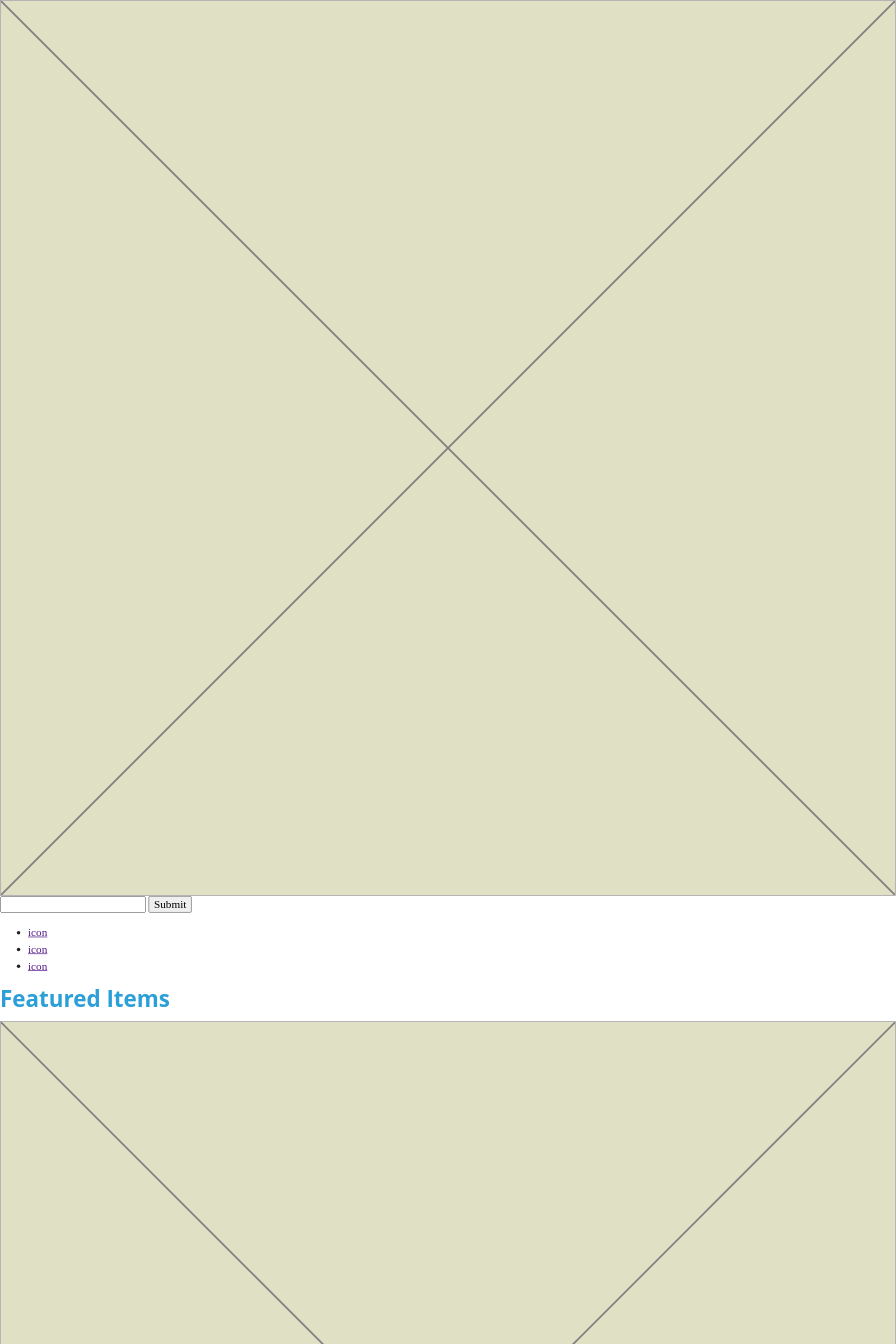
Repository: AdrianTejada/Lab03-Project-1
Page: index.html
The author's editor kept a copy of each file at every save. The page is drawn from the files as they stood at one save, then again after the next save.
The browser window is 1280 px wide. The pictures show the part of the page from y = 0 to 1920 px (the page is 19473 px tall before and 18641 px after), at 70% of full size.

Above is the page before, as saved 2021-01-26 16:42:05.

After the next save:
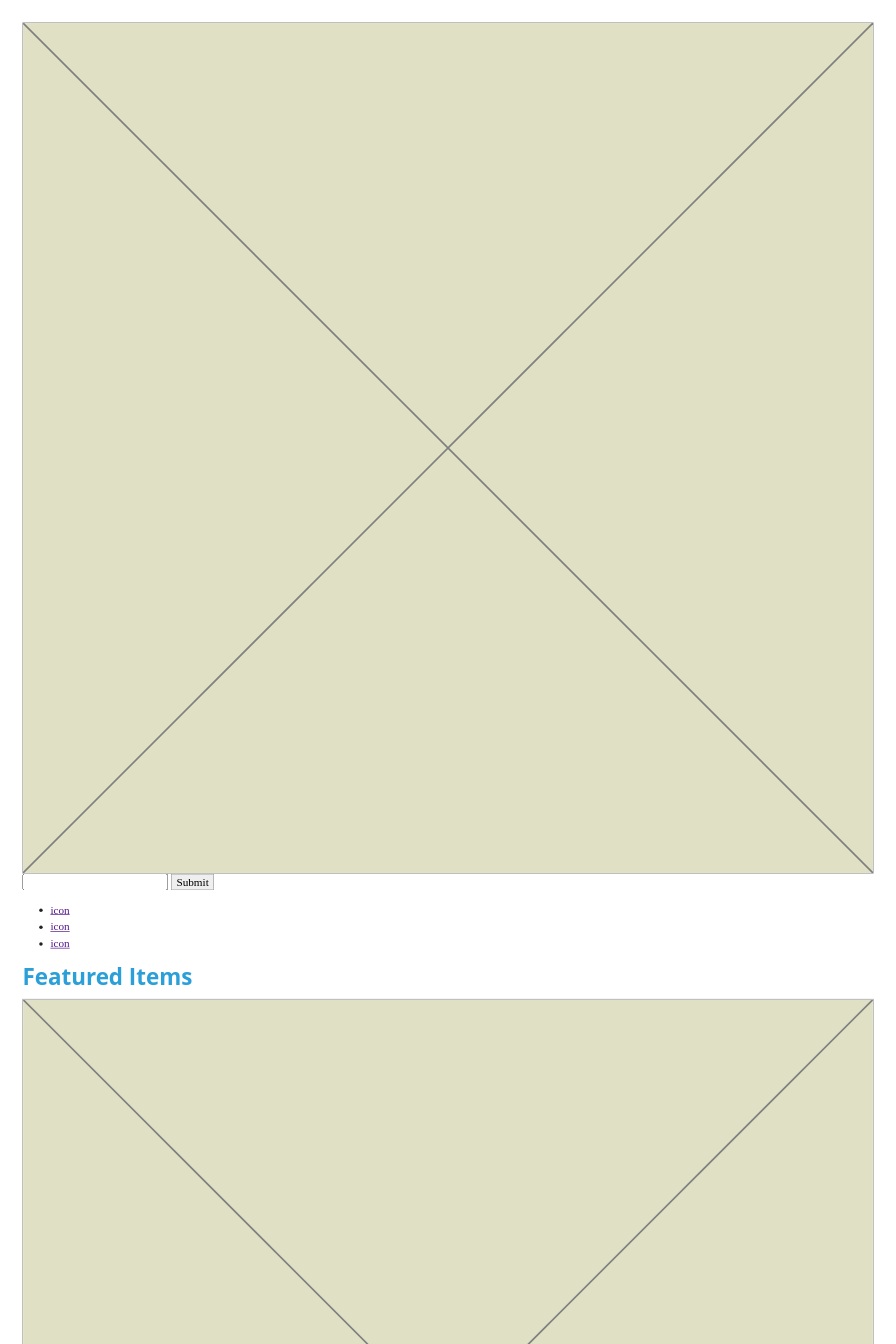
Saved 119 s later.
--- a/css/main.css
+++ b/css/main.css
@@ -6,6 +6,7 @@
         1.2 User Experience Adjustments
         1.3 Core Styling
     2. LAYOUT
+        2.1 Core Layout
     3. MODULES
     4. STATES
     5. UTILITIES
@@ -102,8 +103,11 @@
 /* ==========================================================================
    2. LAYOUT
    ========================================================================== */
-
-
+/* 2.1 Core Layout */
+    .page {
+        margin: 0 auto;
+        padding: 2rem;
+    }
 
 /* ==========================================================================
    3. MODULES
